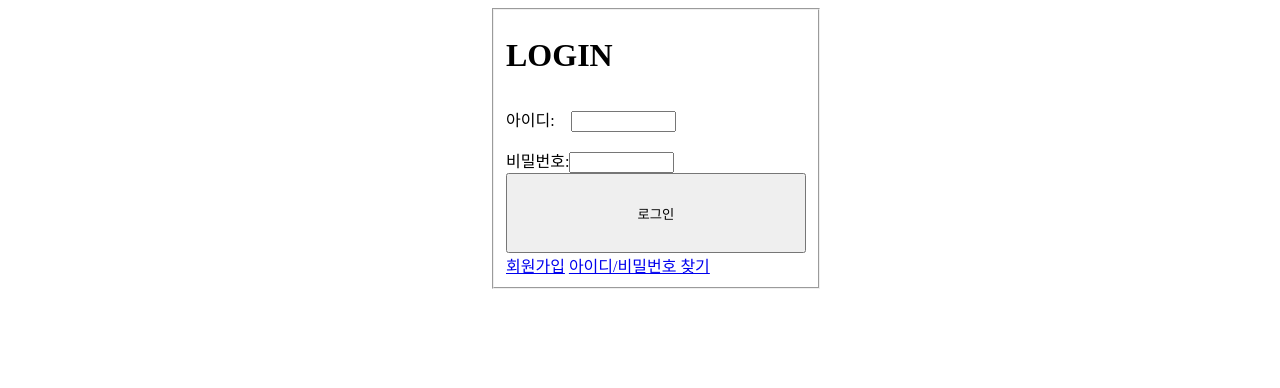
Repository: to-flatwhite1/JSP
Page: http://localhost/JSP/next.jsp
An editor plug-in stored every save of this project. The page is shown before and after a run of saves, followed by the edit.
The browser window is 1280 px wide. The pictures show the whole page.
The page is served by Tomcat 9.

Above is the page before, as saved 2024-05-17 09:42:21.

After the next 2 saves:
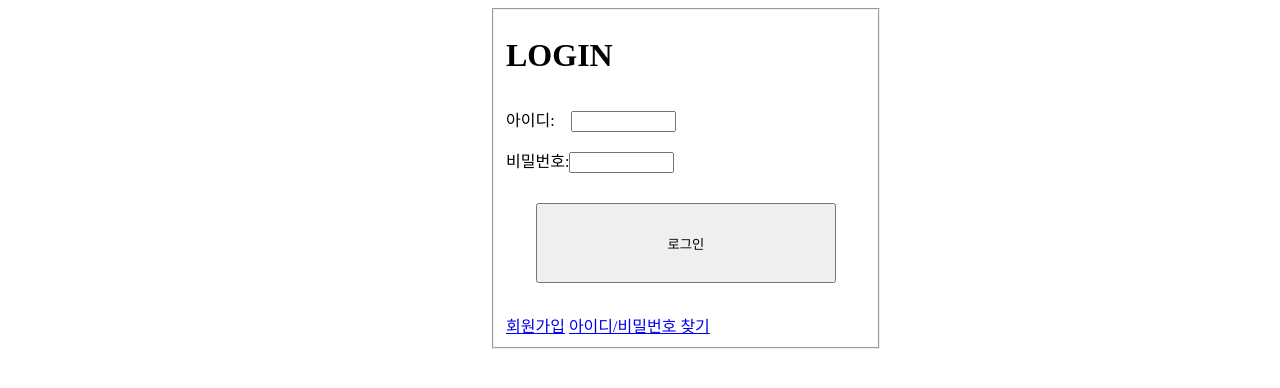
The 2 saves are shown as one change because they came seconds apart.
The last was saved 22 s later.
--- a/portfolio-master/JSP/src/main/webapp/next.jsp
+++ b/portfolio-master/JSP/src/main/webapp/next.jsp
@@ -16,6 +16,7 @@
 	#submit{
 		width:300px;
 		height:80px;
+		margin:30px;
 	}
 </style>
 </head>
@@ -27,6 +28,7 @@
 	아이디:<input type="text" id="user_id" size="10"><br>
 	비밀번호:<input type="password" id="user_pw" size="10"><br>
 	<div class=submit>
+
 		<input type="submit" id="submit" value="로그인"><br>
 	</div>
 	<a href="next2.jsp">회원가입</a>
